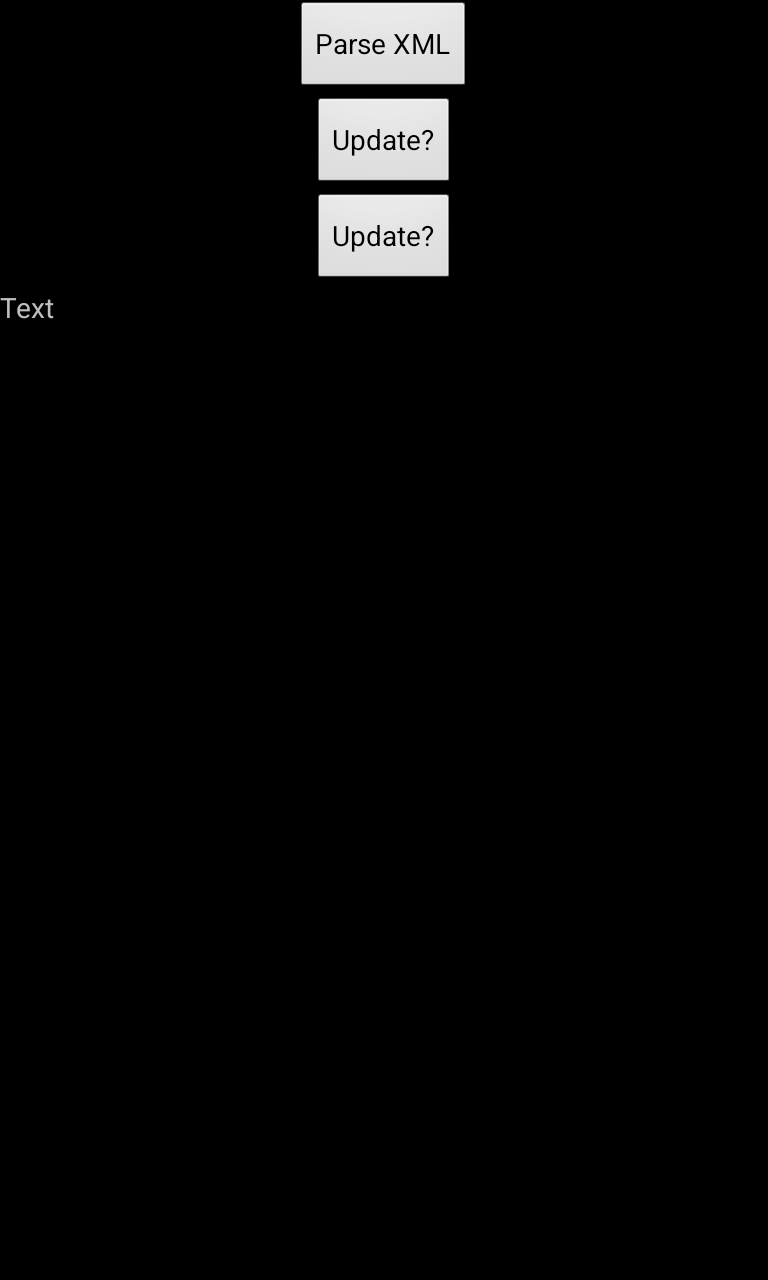
Repository: kolphi/Mapp
Layout: LinzGuide/res/layout/main.xml
The author's editor kept a copy of each file at every save. The layout is drawn from the files as they stood at one save, then again after the next save.
It is drawn on a 768 x 1280 px phone screen (xhdpi) without system bars, with theme android:Theme; the app's code is not run.

Above is the layout before, as saved 2012-03-04 10:17:24.

### LinzGuide/res/layout/main.xml
<?xml version="1.0" encoding="utf-8"?>
<LinearLayout xmlns:android="http://schemas.android.com/apk/res/android"
    android:layout_width="fill_parent"
    android:layout_height="fill_parent"
    android:orientation="vertical"
    android:gravity="center_horizontal">

    <Button
        android:id="@+id/btn_parse"
        android:layout_width="wrap_content"
        android:layout_height="wrap_content"
        android:text="Parse XML"
        android:onClick="parse" />
    <Button
        android:layout_width="wrap_content"
        android:layout_height="wrap_content"
        android:text="Update?"
        android:onClick="checkForUpdate" />
    <Button
        android:layout_width="wrap_content"
        android:layout_height="wrap_content"
        android:text="Update?"
        android:onClick="showMap" />

    <ScrollView
        android:id="@+id/scrollView1"
        android:layout_width="fill_parent"
        android:layout_height="fill_parent" >

        <LinearLayout
            android:id="@+id/linearLayout1"
            android:layout_width="fill_parent"
            android:layout_height="fill_parent" >

            <TextView
                android:id="@+id/txt"
                android:layout_width="wrap_content"
                android:layout_height="wrap_content"
                android:text="Text" />

        </LinearLayout>
    </ScrollView>

</LinearLayout>

After the next save:
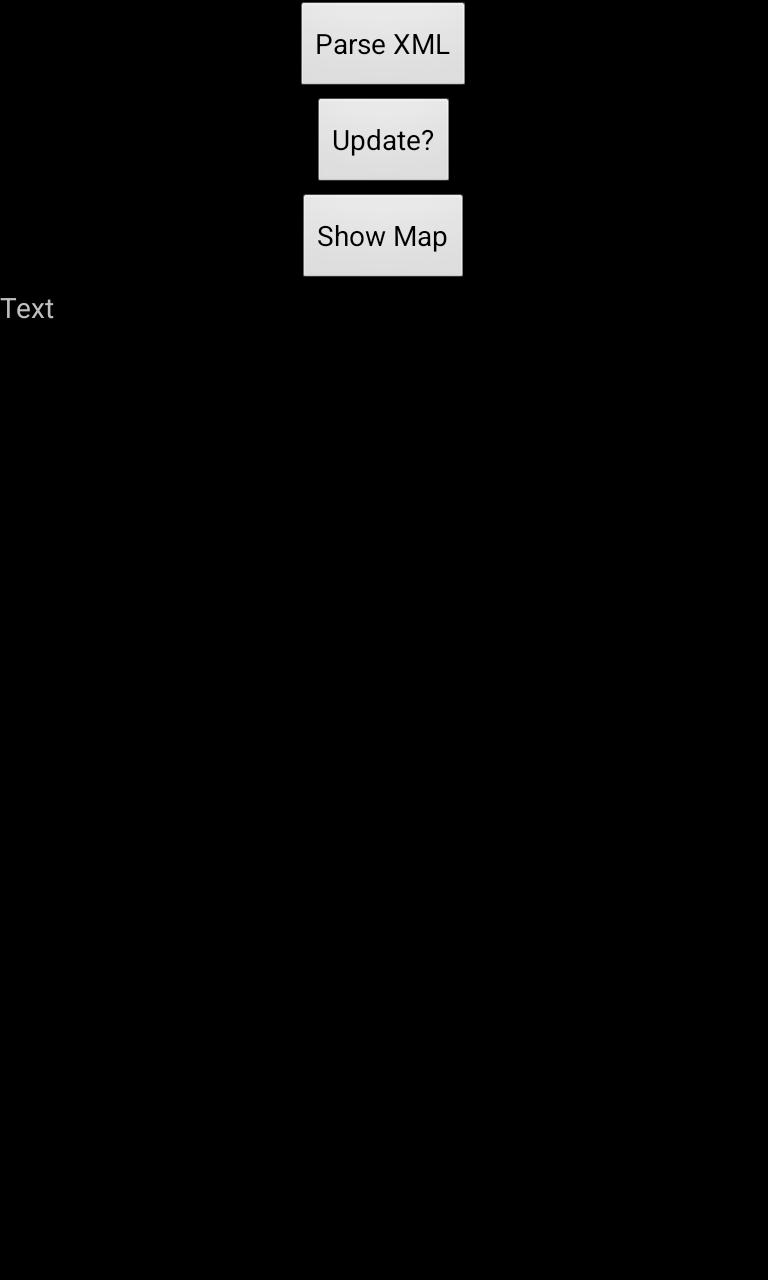
Saved 35 min 8 s later.
--- a/LinzGuide/res/layout/main.xml
+++ b/LinzGuide/res/layout/main.xml
@@ -19,7 +19,7 @@
     <Button
         android:layout_width="wrap_content"
         android:layout_height="wrap_content"
-        android:text="Update?"
+        android:text="Show Map"
         android:onClick="showMap" />
 
     <ScrollView
